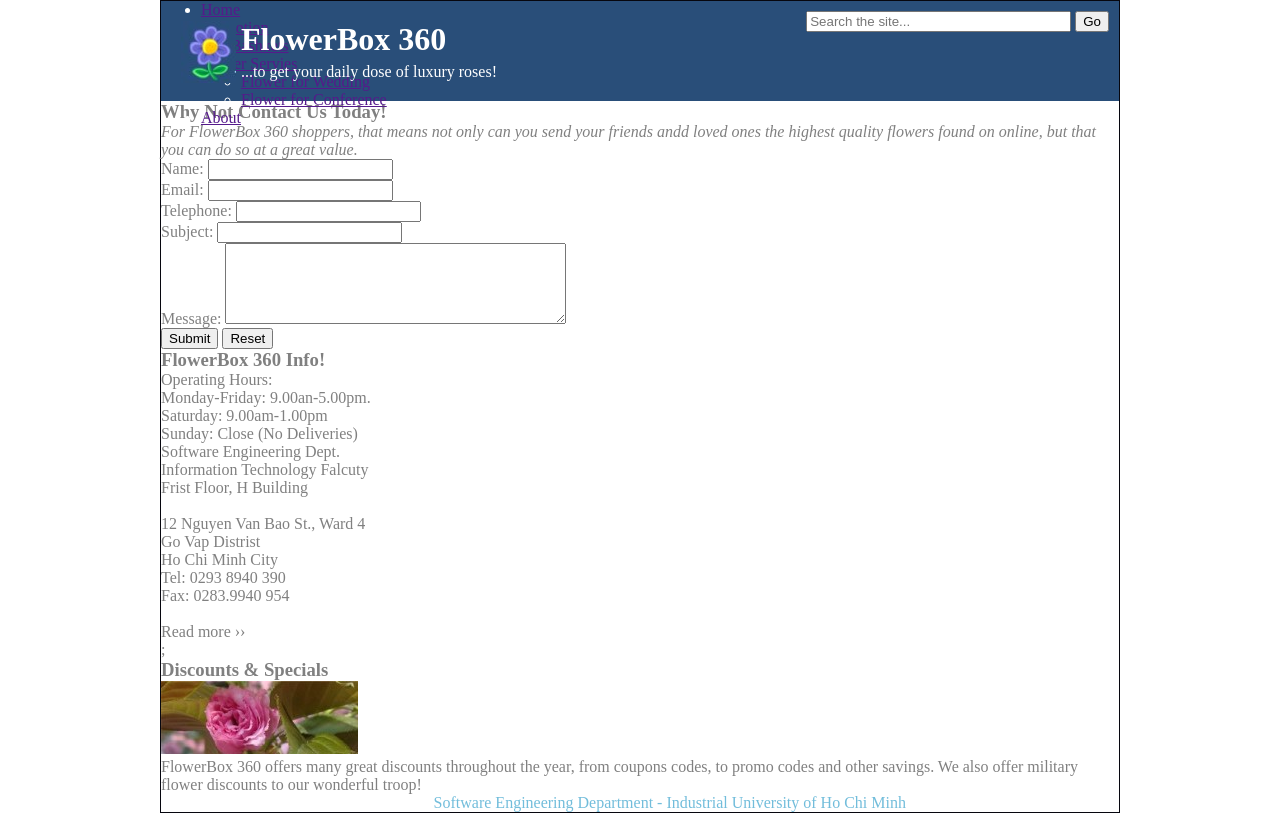
Repository: duongtheng/bai-tap-tuan-6
Page: html/index.html
The author's editor kept a copy of each file at every save. The page is drawn from the files as they stood at one save, then again after the next save.
The browser window is 1280 px wide. The pictures show the whole page.

Above is the page before, as saved 2022-03-23 13:58:16.

### html/index.html
<!DOCTYPE html>
<html lang="en">
<head>
    <meta charset="UTF-8">
    <meta http-equiv="X-UA-Compatible" content="IE=edge">
    <meta name="viewport" content="width=device-width, initial-scale=1.0">
    <title>Tuan 06</title>
    <link rel="stylesheet" href="../css/style.css">
</head>
<body>
    <header>
        <img src="../img/logo.jpg" alt="">
        <h1>FlowerBox 360</h1>
        <p>...to get your daily dose of luxury roses!</p>
        <form action="">
            <input type="search" id="txtSearch" placeholder="Search the site..." size="30">
            <button>Go</button>
        </form>
        <ul class="menu-parent">
            <li><a href="">Home</a></li>
            <li><a href="">Promotion</a></li>
            <li><a href="">Gitf Bashkets</a></li>
            <li><a href="">Flower Servies</a>
                <ul class="menu-child">
                    <li><a href="">Flower for Wedding</a></li>
                    <li><a href="">Flower for Conference</a></li>
                </ul>
            </li>
            <li><a href="">About</a></li>
        </ul>
    </header>
    <section>
        <h3>Why Not Contact Us Today!</h3>
        <form action="">
            <p><i>For FlowerBox 360 shoppers, that means not only can you send your friends andd loved ones
                the highest quality flowers found on online, but that you can do so at a great value.
            </i></p>
            <div class="form-row">
                <div class="form-col">
                    <label for="txtName">Name: </label>
                    <input type="text" id="txtName">
                </div>
                <div class="form-col">
                    <label for="txtEmail">Email: </label>
                    <input type="email" id="txtEmail">
                </div>
            </div>
            <div class="form-row">
                <div class="form-col">
                    <label for="txtName">Telephone: </label>
                    <input type="text" id="txtName">
                </div>
                <div class="form-col">
                    <label for="txtEmail">Subject: </label>
                    <input type="email" id="txtEmail">
                </div>
            </div>
            <div class="form-row">
                <label for="txtMessage">Message: </label>
                <textarea id="txtMessage" cols="40" rows="5"></textarea>
            </div>
            <div class="form-row">
                <button type="submit">Submit </button>
                <button type="reset">Reset </button>
            </div>
        </form>

    <div id="section-right">
        <h3>FlowerBox 360 Info!</h3>
        <p>
            Operating Hours: <br> Monday-Friday: 9.00an-5.00pm. <br> Saturday: 9.00am-1.00pm <br> Sunday: Close (No Deliveries) <br>
        </p>
        <p>
            Software Engineering Dept. <br> Information Technology Falcuty <br> Frist Floor, H Building <br><br>
        </p>
        <p>
            12 Nguyen Van Bao St., Ward 4 <br> Go Vap Distrist <br> Ho Chi Minh City <br> Tel: 0293 8940 390 <br> Fax: 0283.9940 954
        </p>
        <br>
        <p>Read more &#155;&#155;</p>;
    </div>
    </section>
    <aside>
        <h3>Discounts & Specials</h3>
        <img src="../img/flower.jpg" alt="">
        <p>
            FlowerBox 360 offers many great discounts throughout the year, from coupons codes, to promo codes and other savings.
            We also offer military flower discounts to our wonderful troop!
        </p>
    </aside>
    <footer>
        <p>
            <span style="color: white;">Copyright &copy; 2022 - All Rights Reserved - </span>
            <span style="color: rgb(114, 189, 219);">Software Engineering Department - Industrial University of Ho Chi Minh </span>
        </p>
    </footer>
</body>
</html>

### css/style.css
*{
    margin: 0 auto;
    box-sizing: border-box;
}

body{
    width: 960px;
    border: 1px solid rgb(6, 6, 14);
    color: gray;
}

header{
    height: 100px;
    background-color: #294e79;
    position: relative;
    color: white;
}

header img{
    position: absolute;
    top: 20px;
    left: 20px;
}

header h1{
    position: absolute;
    top: 20px;
    left: 80px;
}

header p{
    position: absolute;
    bottom: 20px;
    left: 80px;
}

header form{
    position: absolute;
    top: 10px;
    right: 10px;
}

After the next save:
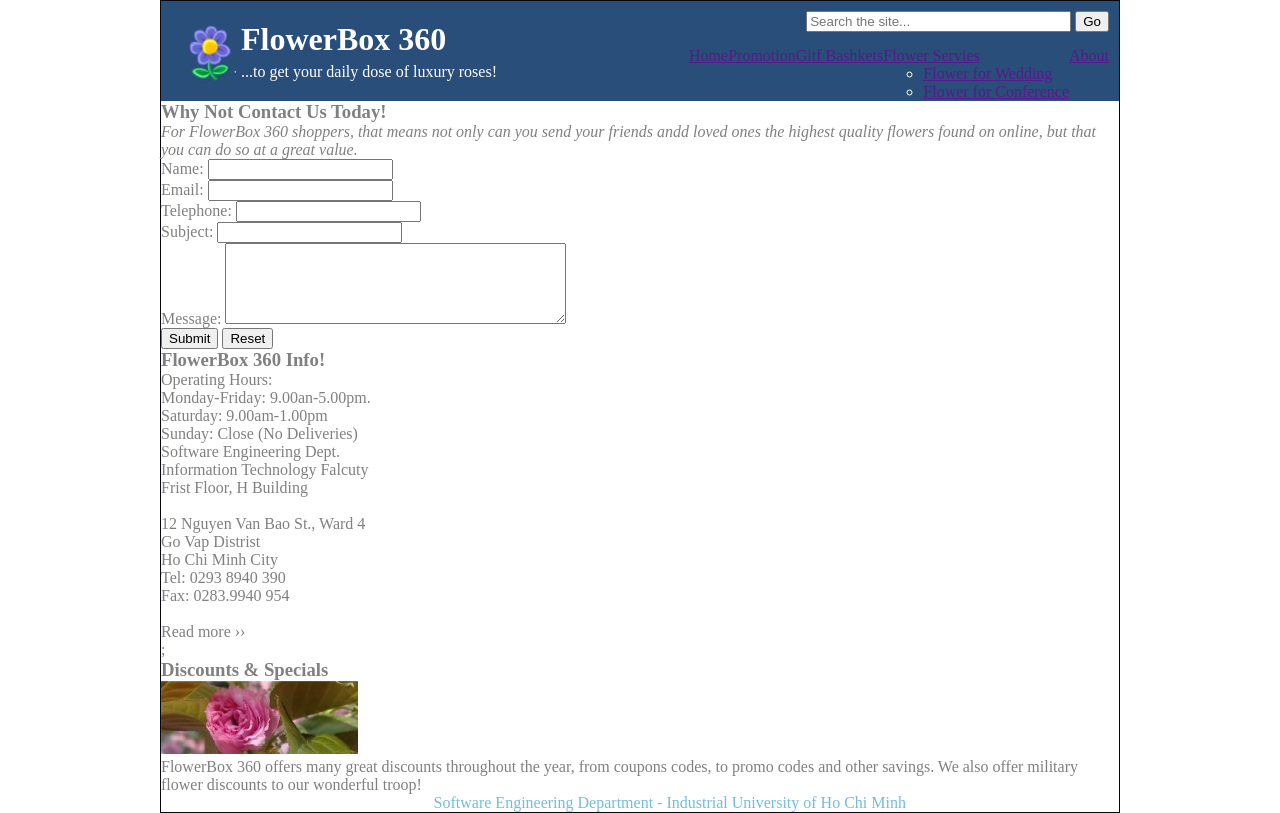
Saved 67 s later.
--- a/css/style.css
+++ b/css/style.css
@@ -39,3 +39,11 @@ header form{
     top: 10px;
     right: 10px;
 }
+
+.menu-parent{
+    position: absolute;
+    right: 10px;
+    bottom: 0;
+    display: flex;
+    list-style: none;
+}
